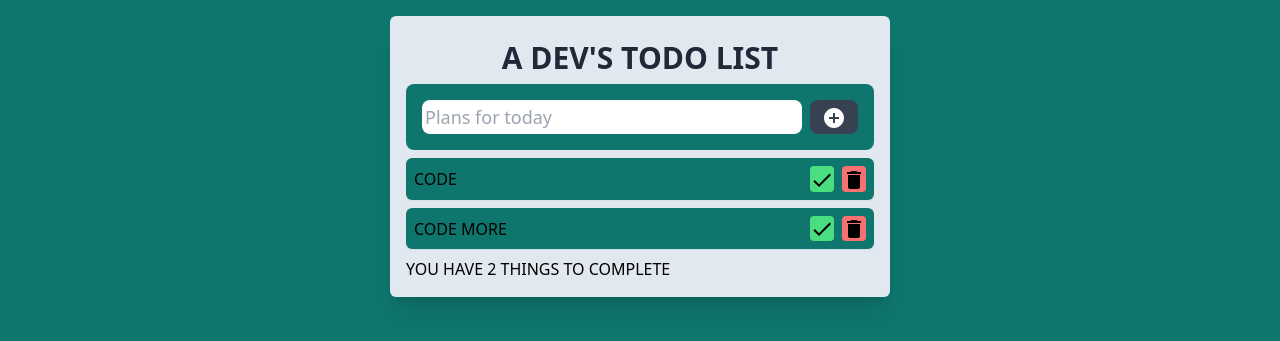
Repository: DevAntonioRogers/React-Todo-CRUD-App
Page: /
The author's editor kept a copy of each file at every save. The page is drawn from the files as they stood at one save, then again after the next save.
The browser window is 1280 px wide. The pictures show the whole page.
The project was rebuilt for these pictures with package versions that can differ from the ones it lists, and the page was loaded fresh each time. Also part of the build but not shown: vite.config.ts.

Above is the page before, as saved 2023-05-14 20:00:48.

After the next save:
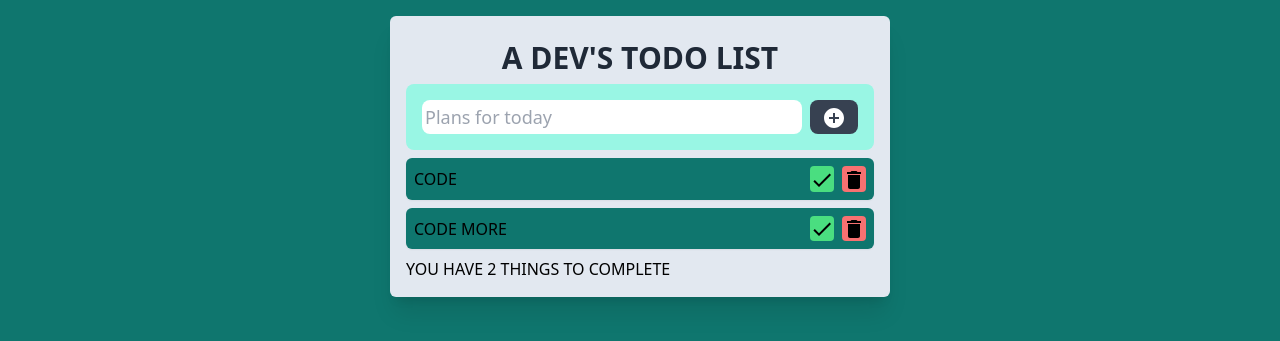
Saved 3 min 15 s later.
--- a/src/components/Form.tsx
+++ b/src/components/Form.tsx
@@ -2,7 +2,7 @@ import AddCircleIcon from "@mui/icons-material/AddCircle";
 
 const Form = () => {
   return (
-    <form className="flex justify-between bg-teal-700 p-4 rounded-lg items-center">
+    <form className="flex justify-between bg-teal-200 p-4 rounded-lg items-center">
       <input className="w-full text-lg rounded-lg p-[3px]" type="text" placeholder="Plans for today" />
       <button className="ml-2 p-1 bg-gray-700 px-3 rounded-lg text-white">
         <AddCircleIcon />
